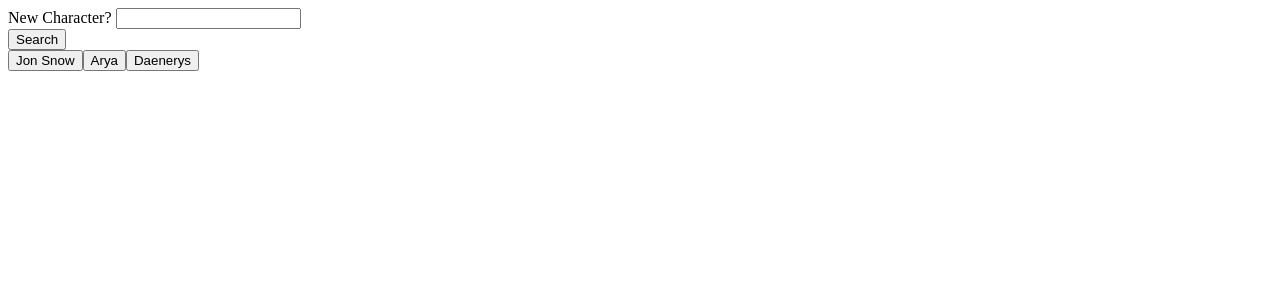
Repository: dsaftler/GifTastic
Page: index.html
An editor plug-in stored every save of this project. The page is shown before and after the next save, followed by the edit.
The browser window is 1280 px wide. The pictures show the whole page.
Some web libraries are served in a nearby version.

Above is the page before, as saved 2019-04-19 18:10:44.

### index.html
<!DOCTYPE html>
<html lang="en">
<head>
    <!-- meta tags -->
    <meta http-equiv="content-type" content="text/html; charset=utf-8">
    <meta name="viewport" content="width=device-width, initial-scale=1.0">
    <!-- bootstrap -->

    <!-- custom css -->
    <link rel="stylesheet" href="assets/CSS/style.css" type="text/css">

  <title>GOT Giffy?</title>
</head>
<body>
<div class="container">
  <div class="btnsDiv">
  <div class="getTopic">

    <form role="form">

      <!-- Here we create the text box for capturing the search term-->
      <div class="form-group">
        <label for="search">New Character? </label>
        <input type="text" class="form-control" id="search-term">
      </div>

      <!-- Here we capture the number of records that the user wants to retrieve  -->
      <!-- <div class="form-group">
        <label for="pwd">Number of Imagess to Retrieve:</label>
        <select id="article-count" class="custom-select" aria-labelledby="dropdownMenuButton">
          <option selected value="1">1</option>
          <!-- Setting the option for 5 as default -->
          <!-- <option value="5" selected>5</option>
          <option value="10">10</option>
        </select>
      </div> -->


      <!-- Here we have our final submit button -->
      <button type="submit" class="btn btn-default" id="run-search">
        <i class="fa fa-search"></i> Search</button>

    </form>




  </div>
  <div class="showGifs">

  </div>

  </div>

</div>
<!-- <iframe src="https://giphy.com/embed/26FmPX0RBmzdY2HmM" width="480" height="239" frameBorder="0" class="giphy-embed"
  allowFullScreen></iframe>
<p><a href="https://giphy.com/gifs/gameofthrones-game-of-thrones-hbo-26FmPX0RBmzdY2HmM">via GIPHY</a></p> -->
<!-- bootstrap scripts -->
 <script src="https://cdnjs.cloudflare.com/ajax/libs/jquery/3.2.1/jquery.min.js"></script>
<script src="https://cdnjs.cloudflare.com/ajax/libs/popper.js/1.14.7/umd/popper.min.js"
  integrity="sha384-UO2eT0CpHqdSJQ6hJty5KVphtPhzWj9WO1clHTMGa3JDZwrnQq4sF86dIHNDz0W1" crossorigin="anonymous"></script>
<script src="https://stackpath.bootstrapcdn.com/bootstrap/4.3.1/js/bootstrap.min.js"
  integrity="sha384-JjSmVgyd0p3pXB1rRibZUAYoIIy6OrQ6VrjIEaFf/nJGzIxFDsf4x0xIM+B07jRM" crossorigin="anonymous"></script>
<script src="assets/Javascript/app.js"></script>

</body>
</html>

### assets/CSS/style.css
body {
  background-image: "assets/images/ezgif.com-resize.webp"
}

### assets/Javascript/app.js
// var topics=["Jon Snow","Sansa","Cersei","Arya","Daenerys","Jaime","Catelyn"];
var topics = ["Jon Snow",  "Arya", "Daenerys"];
var topic, newBtn, i, btnId
//$("button").on("click", getGif());

$(function () {
  createButtons();
//$(".getTopic").hide();

});

function createButtons() {
  for (let i=0; i<topics.length; i++) {
    topic=topics[i]
    // btnId ='topicbtn_' + i
    var newBtn = $('<button>' + topic + '</button>')
        .addClass('btn')
        .attr("id",'topicbtn_' + i)
        .attr('onclick', 'getGif(this.textContent);')
       $(".btnsDiv").append(newBtn);
    };

  }
      // .attr('onclick', 'getGif(this.textContent);')
//$('.btn').on('click', function() {
function getGif(myTopic){

  //alert("clicked "+myTopic );
  var queryURL = "http://api.giphy.com/v1/gifs/search?q=" +
    myTopic + "&api_key=cQ6v8TyEzI3FgHn04lpj1mdBt9i4u5n8&limit=10";
  $.ajax({
    url: queryURL,
    method: "GET"
  })
    .then(function (response) {
      // Storing an array of results in the results variable
      var results = response.data;
    //console.log(results);
      showGifs(results)
  });
};
  function showGifs(imgSet){

    //console.log(imgSet);
    $(".showGifs").empty();
    for (var i = 0; i < imgSet.length; i++) {

      // Creating and storing a div tag

      // Creating a paragraph tag with the result item's rating
      var p = $("<p>").text("Rating: " + imgSet[i].rating);

      // Creating and storing an image tag
      var myImage = $("<img>");
      // Setting the src attribute of the image to a property pulled off the result item
      myImage.attr("src", imgSet[i].images.fixed_height.url);
      // !the rating should be UNDER the gif


      // Appending the paragraph and image tag to the animalDiv
      $(".showGifs").append(p);
      $(".showGifs").append(myImage);
    }
  };


  //TODO add the form for input and add button

After the next save:
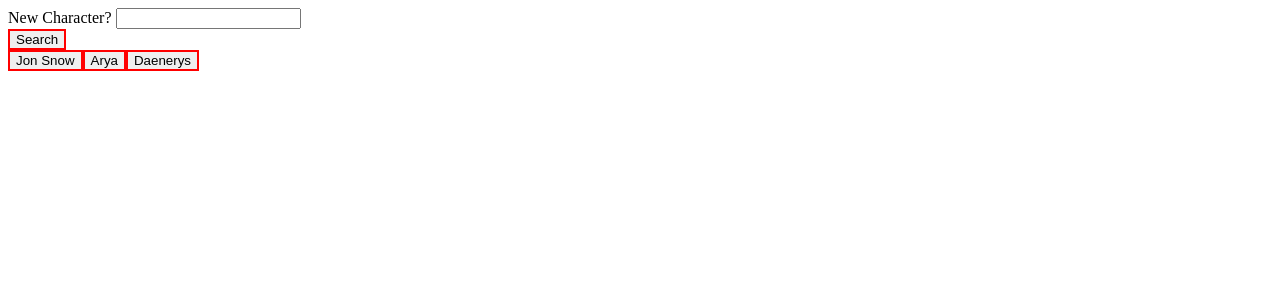
Saved 5 min 22 s later.
--- a/assets/CSS/style.css
+++ b/assets/CSS/style.css
@@ -1,3 +1,9 @@
 body {
   background-image: "assets/images/ezgif.com-resize.webp"
 }
+.btn {
+  border: 2px solid  red;
+}
+.bntsDiv{
+  border: 2px solid blue;
+}
